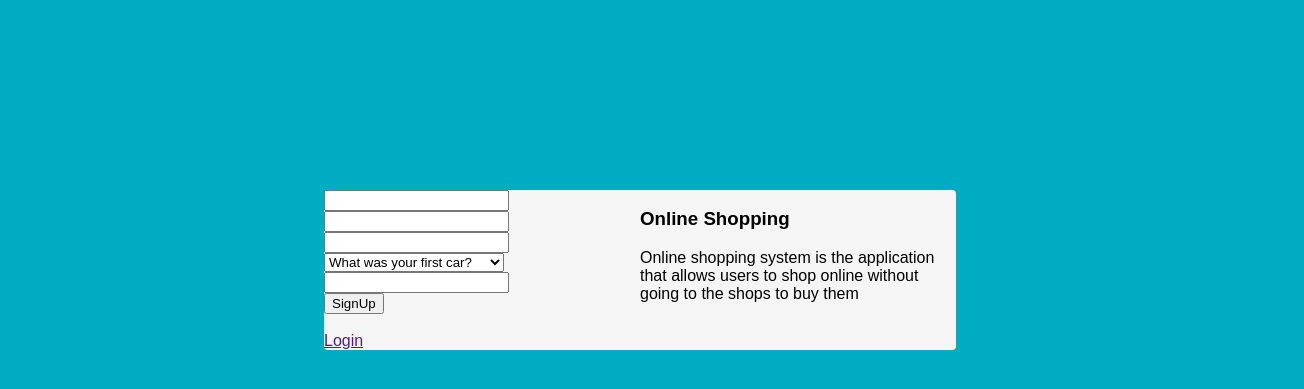
Repository: NidhiDaniel/E-Cart
Page: http://localhost/Online-Shopping-Cart/
The author's editor kept a copy of each file at every save. The page is drawn from the files as they stood at one save, then again after the next save.
The browser window is 1280 px wide. The page is 1280 px wide, then 1304 px, so the pictures cover 1304 px, including what lies to the right of the window. The pictures show the whole page.
The page is served by Tomcat 9.

Above is the page before, as saved 2024-01-03 06:29:10.

After the next save:
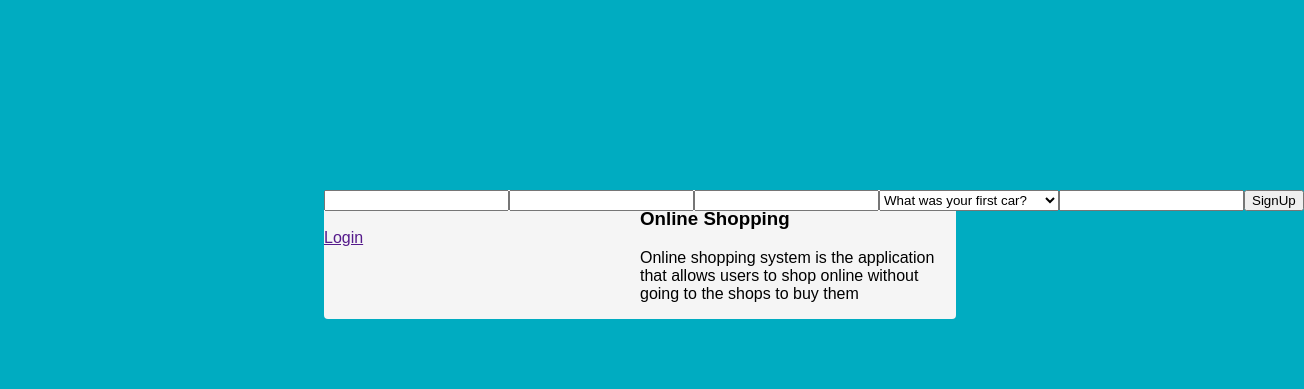
Saved 76 s later.
--- a/Online-Shopping-Cart/src/main/webapp/css/sign-up.css
+++ b/Online-Shopping-Cart/src/main/webapp/css/sign-up.css
@@ -14,6 +14,9 @@ body{
 .left-div{
 	width:50%;
 }
+.left-div form{
+	display:flex;
+}
 .right-div{
 	width:50%;
 }
